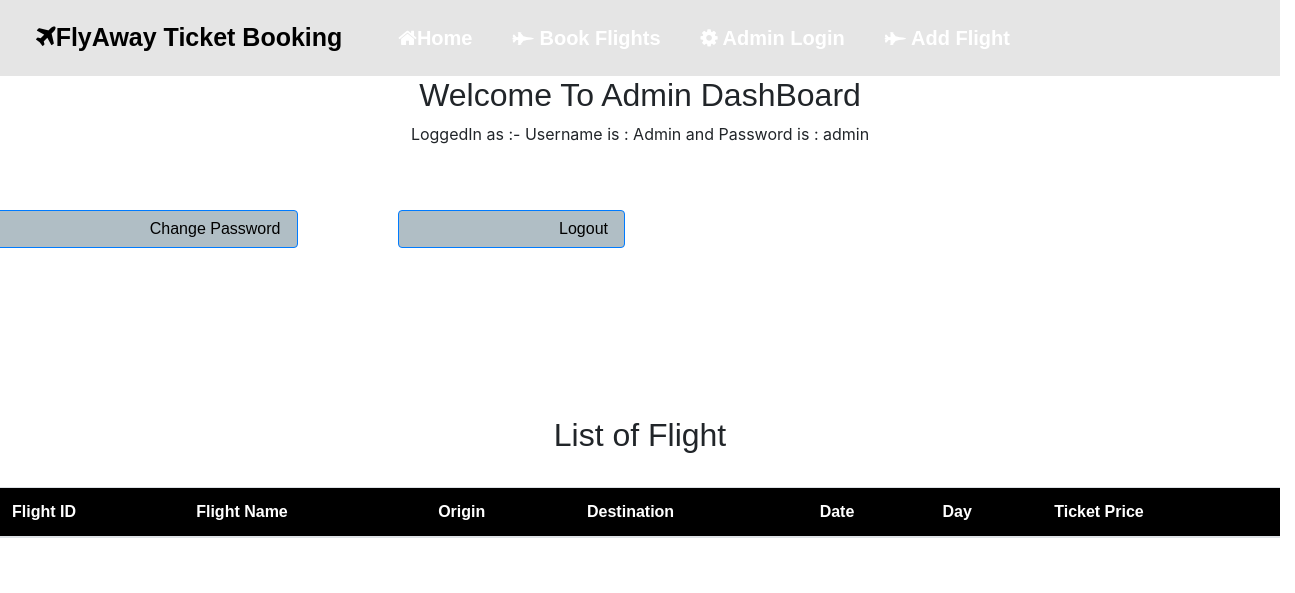
Repository: sayrabano/Phase2-project
Page: http://localhost/FlyAway/adminDashboard.jsp
An editor plug-in stored every save of this project. The page is shown before and after the next save, followed by the edit.
The browser window is 1280 px wide. The page is 1295 px wide, so the pictures cover 1295 px, including what lies to the right of the window. The pictures show the whole page.
Some web fonts or font styles are not loaded; a fallback is used. The page is served by Tomcat 9. Queries for data that is not in the repository find no rows.

Above is the page before, as saved 2021-09-24 20:15:17.

After the next save:
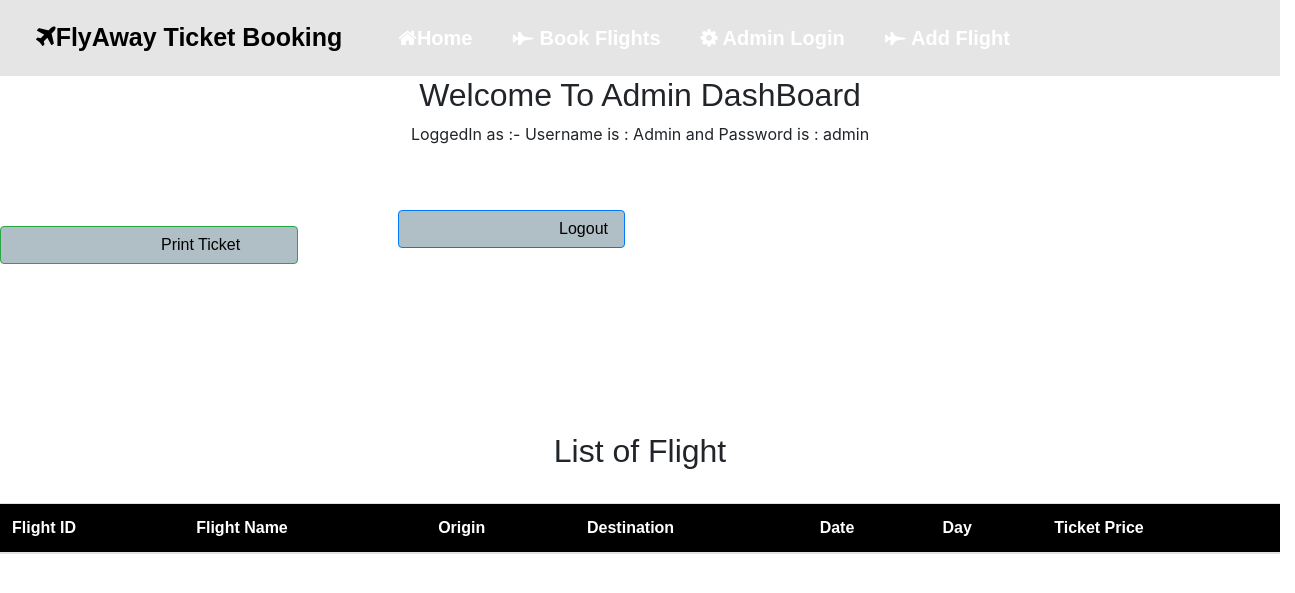
Saved 2 min 11 s later.
--- a/FlyAway/src/main/webapp/adminDashboard.jsp
+++ b/FlyAway/src/main/webapp/adminDashboard.jsp
@@ -99,8 +99,8 @@
 	</div>
 	<div class="row" align="center">
 	<div class="col-lg-3 col-md-4 col-sm-4 mb-4">
-           <form action="Changepassword.jsp" method="get">
-           <button type="submit" class="btn btn-primary btn">Change Password</button>
+           <form action="Changepassword" method="post">
+           <p><button onclick="window.print()" class="btn btn-success btn-block" >Print Ticket</button></p>
 		</form>
         </div>
         <div class="col-lg-3 col-md-4col-sm-6 mb-4">

After the 4 saves that followed:
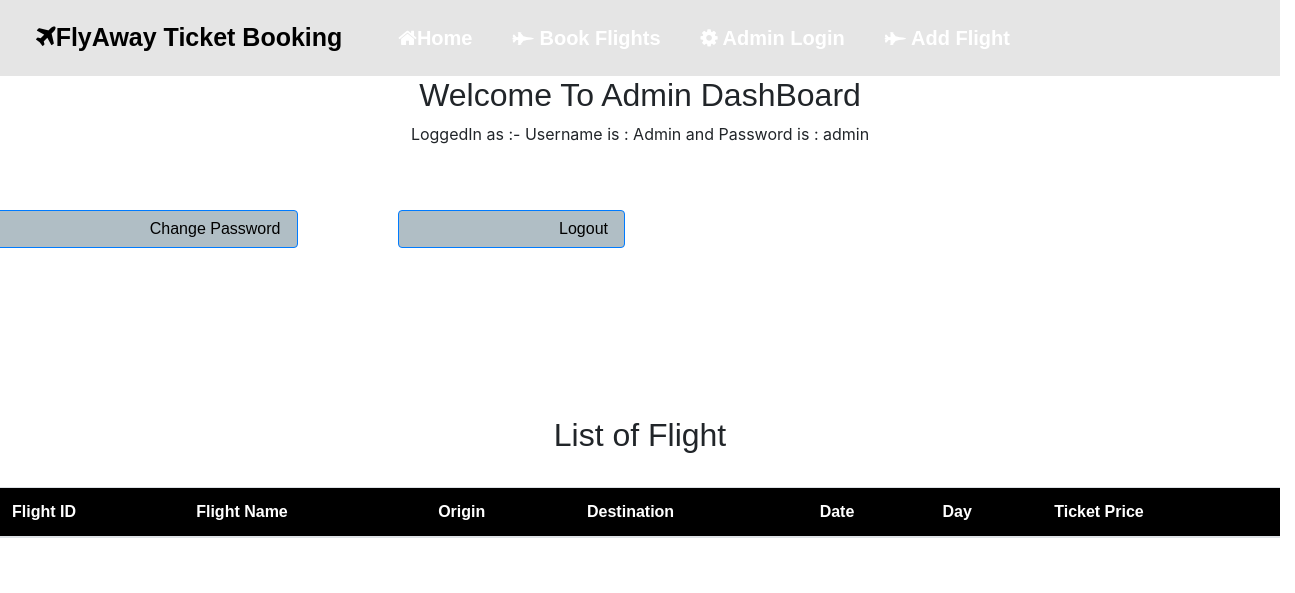
The 4 saves are shown as one change because 3 left the picture as it was.
The last was saved 93 s later.
--- a/FlyAway/src/main/webapp/adminDashboard.jsp
+++ b/FlyAway/src/main/webapp/adminDashboard.jsp
@@ -99,8 +99,8 @@
 	</div>
 	<div class="row" align="center">
 	<div class="col-lg-3 col-md-4 col-sm-4 mb-4">
-           <form action="Changepassword" method="post">
-           <p><button onclick="window.print()" class="btn btn-success btn-block" >Print Ticket</button></p>
+           <form action="Changepassword.jsp" method="get">
+           <button type="submit" class="btn btn-primary btn">Change Password</button>
 		</form>
         </div>
         <div class="col-lg-3 col-md-4col-sm-6 mb-4">
